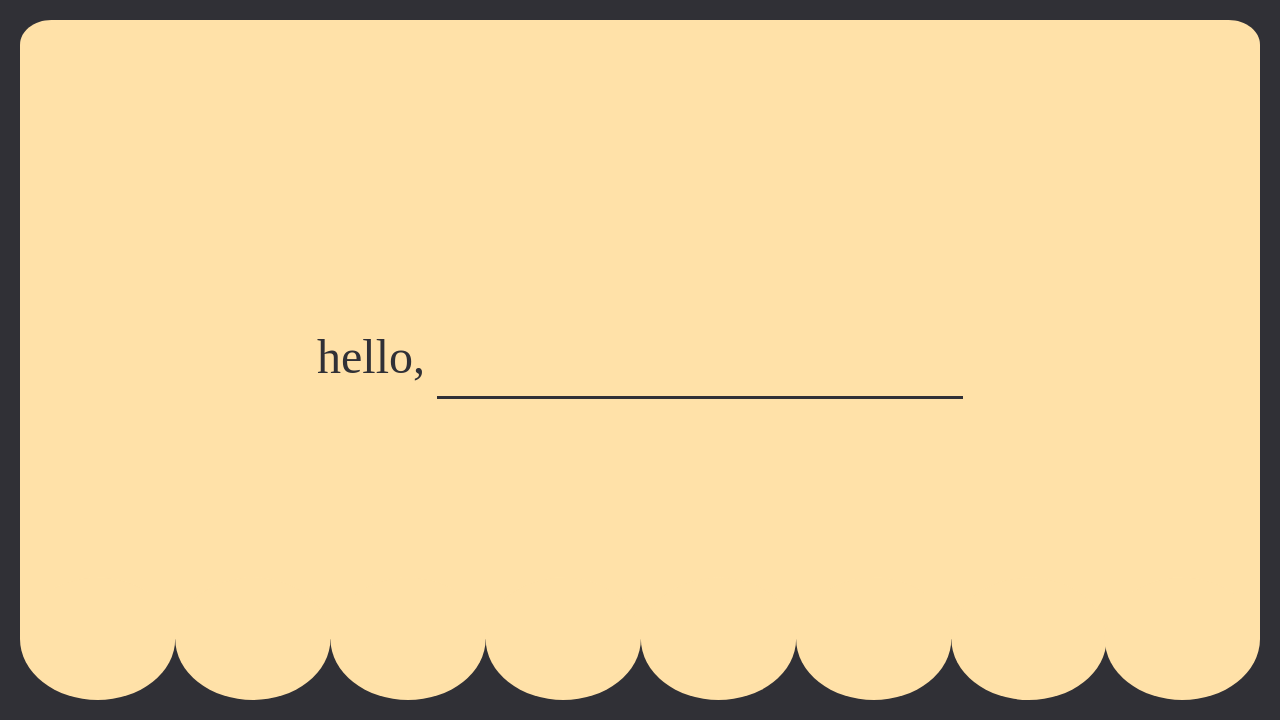
Repository: zhangolivia7/rot-recovery
Page: /
An editor plug-in stored every save of this project. The page is shown before and after the next save, followed by the edit.
The browser window is 1280 px wide. The pictures show the whole page.
Some web fonts or font styles are not loaded; a fallback is used. The project was rebuilt for these pictures with package versions that can differ from the ones it lists, and the page was loaded fresh each time. The framework's server and built-in components were replaced by stand-ins that run in the browser. Also part of the build but not shown: next.config.ts.

Above is the page before, as saved 2025-03-29 18:18:28.

After the next save:
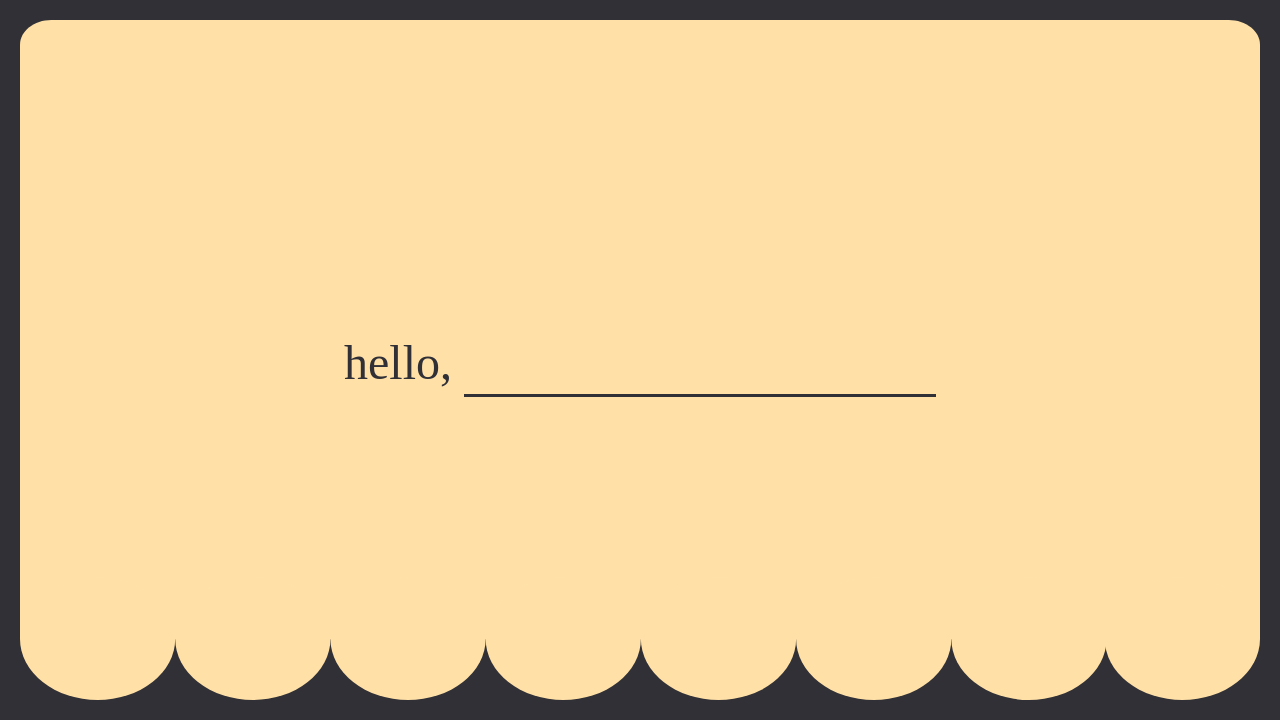
Saved 15 s later.
--- a/src/app/globals.css
+++ b/src/app/globals.css
@@ -80,5 +80,5 @@ h1 {
 #s1 input {
   font-family: "Nobile", sans-serif;
   font-weight: 500;
-  font-style: normal;
+  font-style: italic;
 }
